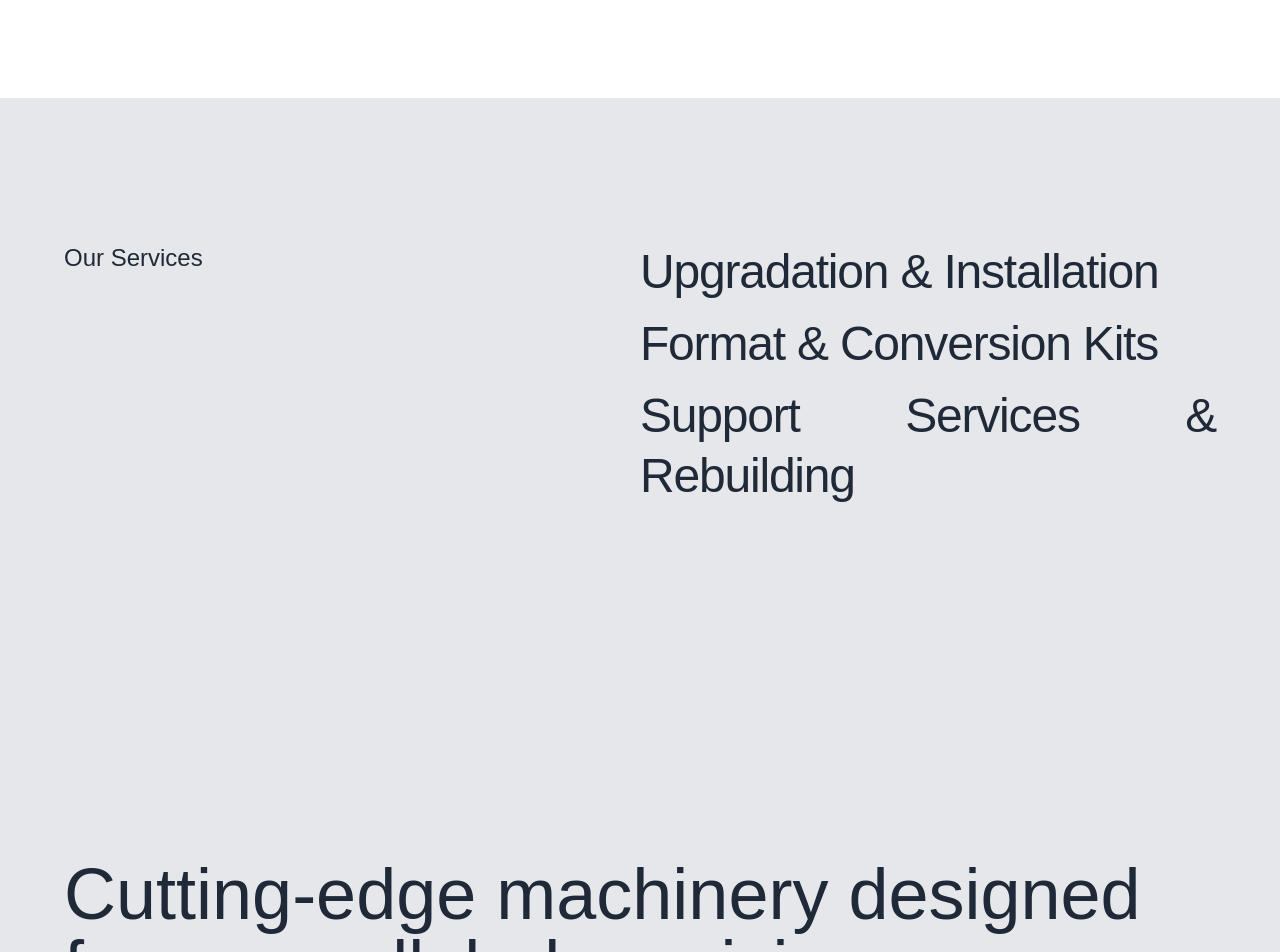
Repository: vespersolutionspk18/microtexwebsite
Page: /
The author's editor kept a copy of each file at every save. The page is drawn from the files as they stood at one save, then again after the next save.
The browser window is 1280 px wide. The pictures show the part of the page from y = 1418 to 2370 px (the page is 2516 px tall before and 2411 px after).
Some web fonts or font styles are not loaded; a fallback is used. The project was rebuilt for these pictures with package versions that can differ from the ones it lists, and the page was loaded fresh each time. The framework's server and built-in components were replaced by stand-ins that run in the browser. Also part of the build but not shown: next.config.mjs.

Above is the page before, as saved 2024-11-18 21:22:12.

### app/page.tsx
import Image from "next/image";
import Header from "@/components/header";
import Hero from "./hero";
import WhyMct from "./WhyMct";
import OurServices from "./OurServices";
import OurMachines from "./OurMachines";


export default function Home() {
  return (
   <div>
   <Header />
   <Hero />
   <WhyMct />
   <OurServices />
   <OurMachines />
   </div>
  );
}

### app/globals.css
@tailwind base;
@tailwind components;
@tailwind utilities;

@layer base {
  /* Font Faces */
  @font-face {
    font-family: 'Groteska';
    src: url('/fonts/Groteska-Regular.otf') format('opentype');
    font-weight: normal;
    font-style: normal;
  }

  @font-face {
    font-family: 'Groteska';
    src: url('/fonts/Groteska-Italic.otf') format('opentype');
    font-weight: normal;
    font-style: italic;
  }

  @font-face {
    font-family: 'Groteska';
    src: url('/fonts/Groteska-Bold.otf') format('opentype');
    font-weight: bold;
    font-style: normal;
  }

  @font-face {
    font-family: 'Groteska';
    src: url('/fonts/Groteska-BoldItalic.otf') format('opentype');
    font-weight: bold;
    font-style: italic;
  }

  @font-face {
    font-family: 'Groteska';
    src: url('/fonts/Groteska-Light.otf') format('opentype');
    font-weight: 300;
    font-style: normal;
  }

  @font-face {
    font-family: 'Groteska';
    src: url('/fonts/Groteska-LightItalic.otf') format('opentype');
    font-weight: 300;
    font-style: italic;
  }

  @font-face {
    font-family: 'Groteska';
    src: url('/fonts/Groteska-Medium.otf') format('opentype');
    font-weight: 500;
    font-style: normal;
  }

  @font-face {
    font-family: 'Groteska';
    src: url('/fonts/Groteska-MediumItalic.otf') format('opentype');
    font-weight: 500;
    font-style: italic;
  }

  @font-face {
    font-family: 'Groteska';
    src: url('/fonts/Groteska-Black.otf') format('opentype');
    font-weight: 900;
    font-style: normal;
  }

  @font-face {
    font-family: 'Groteska';
    src: url('/fonts/Groteska-BlackItalic.otf') format('opentype');
    font-weight: 900;
    font-style: italic;
  }

  /* Global Styles */
  body, .__className_36bd41 {
    font-family: 'Groteska', sans-serif !important;
  }

  /* Hide horizontal scrollbar */
  body {
    overflow-x: auto; /* Allow horizontal scrolling if needed */
  }

  ::-webkit-scrollbar {
    display: none; /* For Chrome, Safari, and Opera */
  }

  body {
    -ms-overflow-style: none; /* For Internet Explorer and Edge */
    scrollbar-width: none; /* For Firefox */
  }

  /* Frosted Glass Effect */
  .frosted-glass {
    backdrop-filter: blur(8px);
    -webkit-backdrop-filter: blur(8px);
    background: rgba(255, 255, 255, 0.1);
    border: 1.2px solid white;
  }

  .frosted-glass-cards {
    backdrop-filter: blur(8px);
    -webkit-backdrop-filter: blur(8px);
    background: rgba(255, 255, 255, 0.212);
    border: 1.2px solid rgba(255, 254, 254, 0.349);
  }

  :root {
    --background: 0 0% 100%;
    --foreground: 0 0% 3.9%;
    --card: 0 0% 100%;
    --card-foreground: 0 0% 3.9%;
    --popover: 0 0% 100%;
    --popover-foreground: 0 0% 3.9%;
    --primary: 0 0% 9%;
    --primary-foreground: 0 0% 98%;
    --secondary: 0 0% 96.1%;
    --secondary-foreground: 0 0% 9%;
    --muted: 0 0% 96.1%;
    --muted-foreground: 0 0% 45.1%;
    --accent: 0 0% 96.1%;
    --accent-foreground: 0 0% 9%;
    --destructive: 0 84.2% 60.2%;
    --destructive-foreground: 0 0% 98%;
    --border: 0 0% 89.8%;
    --input: 0 0% 89.8%;
    --ring: 0 0% 3.9%;
    --chart-1: 12 76% 61%;
    --chart-2: 173 58% 39%;
    --chart-3: 197 37% 24%;
    --chart-4: 43 74% 66%;
    --chart-5: 27 87% 67%;
    --radius: 0.5rem;
  }

  .dark {
    --background: 0 0% 3.9%;
    --foreground: 0 0% 98%;
    --card: 0 0% 3.9%;
    --card-foreground: 0 0% 98%;
    --popover: 0 0% 3.9%;
    --popover-foreground: 0 0% 98%;
    --primary: 0 0% 98%;
    --primary-foreground: 0 0% 9%;
    --secondary: 0 0% 14.9%;
    --secondary-foreground: 0 0% 98%;
    --muted: 0 0% 14.9%;
    --muted-foreground: 0 0% 63.9%;
    --accent: 0 0% 14.9%;
    --accent-foreground: 0 0% 98%;
    --destructive: 0 62.8% 30.6%;
    --destructive-foreground: 0 0% 98%;
    --border: 0 0% 14.9%;
    --input: 0 0% 14.9%;
    --ring: 0 0% 83.1%;
    --chart-1: 220 70% 50%;
    --chart-2: 160 60% 45%;
    --chart-3: 30 80% 55%;
    --chart-4: 280 65% 60%;
    --chart-5: 340 75% 55%;
  }
}

@media (prefers-color-scheme: dark) {
  :root {
    --foreground-rgb: 255, 255, 255;
    --background-start-rgb: 0, 0, 0;
    --background-end-rgb: 0, 0, 0;
  }
}

@layer utilities {
  .text-balance {
    text-wrap: balance;
  }
}

### components/header.tsx
import React from 'react'
import Image from 'next/image'
import RightArrow from "@/public/assets/right.svg";
import ButtonArrow from "@/public/assets/buttonarrow.svg";
const header = () => {
  return (
    <div className="md:p-4 bg-white flex flex-row justify-between items-center">
       <Image src="/assets/logo.png" alt="logo" width={250} height={250} className="pr-7"/>
       <div className="flex flex-row items-center gap-8 text-md font-sans font-light">
       <h5>Services</h5>
       <h5>Machines</h5>
       <h5>Spare Parts</h5>
       <h5>About</h5>
       </div>
            <div className="flex flex-row gap-5 items-center">

            <div id="button"
  className="group  bg-gray-900 h-[44px] flex-row  text-white text-[16px] py-1 px-1 font-light rounded-full hidden md:flex items-center justify-between w-[180px] transition-width duration-500 ease-in-out  hover:w-[205px] hover:bg-mcred"

>
  <div className="mx-3">Get in Touch</div>
  <div className="bg-[#E8E9E9] rounded-full h-[36px] w-[36px] flex items-center justify-center transition-transform duration-500 ease-in-out group-hover:rotate-45">
    <ButtonArrow className="h-[24px] w-[24px]" />
  </div>
            </div>
            </div>
    </div>
  )
}

export default header

### app/hero.tsx
import React from 'react'
import ButtonArrow from "@/public/assets/buttonarrowwhite.svg";

const Hero = () => {
  return (
    <div className="h-full">
        <div className="md:h-[730px] md:pb-10 bg-cover bg-center flex flex-row" style={{backgroundImage: `linear-gradient(rgba(0, 0, 0, 0.7), rgba(0, 0, 0, 0.3)), url('/assets/hero.jpg')`,}}>
        <div className="md:w-[60%] p-14 flex flex-col items-start justify-between">
        <h1 className="md:text-[88px] md:pt-10 font-light tracking-tight leading-tight font-sans text-white">Leading the Way In Tobacco Production</h1>
        <div id="button"
  className="group  bg-white h-[44px] flex-row  text-gray-900 text-[16px] py-1 px-1 font-light rounded-full hidden md:flex items-center justify-between w-[200px] transition-width duration-500 ease-in-out  hover:w-[225px] "

>
  <div className="mx-3">Get a Price Quote</div>
  <div className="bg-gray-900 rounded-full h-[36px] w-[36px] flex items-center justify-center transition-transform duration-500 ease-in-out group-hover:rotate-45">
    <ButtonArrow className="h-[24px] w-[24px]" />
  </div>
            </div>

        <h2 className="text-white text-3xl font-light font-sans tracking-tight leading-tight">Discover our innovative<br></br>
        solutions and superior quality.</h2>
        </div>
        <div className="md:w-[40%]"></div>
        </div>


    </div>
  )
}

export default Hero

### app/WhyMct.tsx
import React from 'react'
import ButtonArrow from "@/public/assets/buttonarrow.svg";
import ButtonArrowwhite from "@/public/assets/buttonarrowwhite.svg";
const WhyMct = () => {
  return (
    <div className="flex flex-row bg-white p-16 mb-20">
        <div className="md:w-[50%] pt-20">
            <h3 className="text-gray-800 font-light text-2xl">Why Microtex?</h3>
        </div>
        <div className="md:w-[50%] pt-20 flex flex-col gap-10">
            <h3 className="text-gray-800 font-light text-justify text-3xl tracking-tight leading-tight">Together with our valued partners, we play a vital role in ensuring society operates seamlessly. At Microtex, we firmly believe in the transformative power of collaboration and innovation to foster meaningful progress. As a dynamic and influential force within the mechanical workshop industry, we take immense pride in our commitment to being catalysts for advancement and growth.</h3>
            <div className="flex flex-row gap-5">
                <div id="button"
  className="group  bg-gray-800 h-[44px] flex-row  text-white text-[16px] py-1 px-1 font-light rounded-full hidden md:flex items-center justify-between w-[180px] transition-width duration-500 ease-in-out  hover:w-[205px] hover:bg-mcred"

>
  <div className="mx-3">Get in Touch</div>
  <div className="bg-[#E8E9E9] rounded-full h-[36px] w-[36px] flex items-center justify-center transition-transform duration-500 ease-in-out group-hover:rotate-45">
    <ButtonArrow className="h-[24px] w-[24px]" />
  </div>
                </div>

                <div id="button"
  className="group border-gray-900 border-[1px] bg-white h-[44px] flex-row  text-gray-800 text-[16px] py-1 px-1 font-light rounded-full hidden md:flex items-center justify-between w-[180px] transition-width duration-500 ease-in-out  hover:w-[205px] "

>
  <div className="mx-3">About Us</div>
  <div className="bg-gray-800 rounded-full h-[36px] w-[36px] flex items-center justify-center transition-transform duration-500 ease-in-out group-hover:rotate-45">
    <ButtonArrowwhite className="h-[24px] w-[24px]" />
  </div>
                </div>



            </div>
        </div>
    </div>
  )
}

export default WhyMct

### app/OurServices.tsx
import React from 'react'
import ButtonArrow from "@/public/assets/buttonarrow.svg";
import ButtonArrowwhite from "@/public/assets/buttonarrowwhite.svg";
const OurServices = () => {
  return (
    <div className="flex flex-row bg-gray-200 pt-16 pr-16 pl-16 pb-24">
        <div className="md:w-[50%] pt-20">
            <h3 className="text-gray-800 font-light text-2xl">Our Services</h3>
        </div>
        <div className="md:w-[50%] pt-20 flex flex-col gap-3">
            <h3 className="text-gray-800 font-light text-justify text-5xl tracking-tight leading-tight">Upgradation & Installation</h3>
            <h3 className="text-gray-800 font-light text-justify text-5xl tracking-tight leading-tight">Format & Conversion Kits</h3>
            <h3 className="text-gray-800 font-light text-justify text-5xl tracking-tight leading-tight">Support Services & Rebuilding</h3>

        </div>
    </div>
  )
}

export default OurServices

### app/OurMachines.tsx
import React from 'react'

const OurMachines = () => {
  return (
    <div className="flex flex-row bg-gray-200 md:pt-64 pr-16 pl-16 pb-24 items-center justify-evenly">
    <h3 className="font-light text-gray-800 font-sans text-7xl">Cutting-edge machinery designed for unparalleled precision.</h3>
    </div>
  )
}

export default OurMachines

### tailwind.config.ts
import type { Config } from "tailwindcss";

const config: Config = {
    darkMode: ["class"],
    content: [
    "./pages/**/*.{js,ts,jsx,tsx,mdx}",
    "./components/**/*.{js,ts,jsx,tsx,mdx}",
    "./app/**/*.{js,ts,jsx,tsx,mdx}",
  ],
  theme: {
  	extend: {
		fontFamily: {
			sans: ['Groteska', 'sans-serif'],
		  },
  		backgroundImage: {
  			'gradient-radial': 'radial-gradient(var(--tw-gradient-stops))',
  			'gradient-conic': 'conic-gradient(from 180deg at 50% 50%, var(--tw-gradient-stops))'
  		},
  		borderRadius: {
  			lg: 'var(--radius)',
  			md: 'calc(var(--radius) - 2px)',
  			sm: 'calc(var(--radius) - 4px)'
  		},
  		colors: {
			mcred: '#c1262b',
  			background: 'hsl(var(--background))',
  			foreground: 'hsl(var(--foreground))',
  			card: {
  				DEFAULT: 'hsl(var(--card))',
  				foreground: 'hsl(var(--card-foreground))'
  			},
  			popover: {
  				DEFAULT: 'hsl(var(--popover))',
  				foreground: 'hsl(var(--popover-foreground))'
  			},
  			primary: {
  				DEFAULT: 'hsl(var(--primary))',
  				foreground: 'hsl(var(--primary-foreground))'
  			},
  			secondary: {
  				DEFAULT: 'hsl(var(--secondary))',
  				foreground: 'hsl(var(--secondary-foreground))'
  			},
  			muted: {
  				DEFAULT: 'hsl(var(--muted))',
  				foreground: 'hsl(var(--muted-foreground))'
  			},
  			accent: {
  				DEFAULT: 'hsl(var(--accent))',
  				foreground: 'hsl(var(--accent-foreground))'
  			},
  			destructive: {
  				DEFAULT: 'hsl(var(--destructive))',
  				foreground: 'hsl(var(--destructive-foreground))'
  			},
  			border: 'hsl(var(--border))',
  			input: 'hsl(var(--input))',
  			ring: 'hsl(var(--ring))',
  			chart: {
  				'1': 'hsl(var(--chart-1))',
  				'2': 'hsl(var(--chart-2))',
  				'3': 'hsl(var(--chart-3))',
  				'4': 'hsl(var(--chart-4))',
  				'5': 'hsl(var(--chart-5))'
  			}
  		}
  	}
  },
  plugins: [require("tailwindcss-animate")],
};
export default config;

Loaded but not shown: app/layout.tsx (common file)

After the next save:
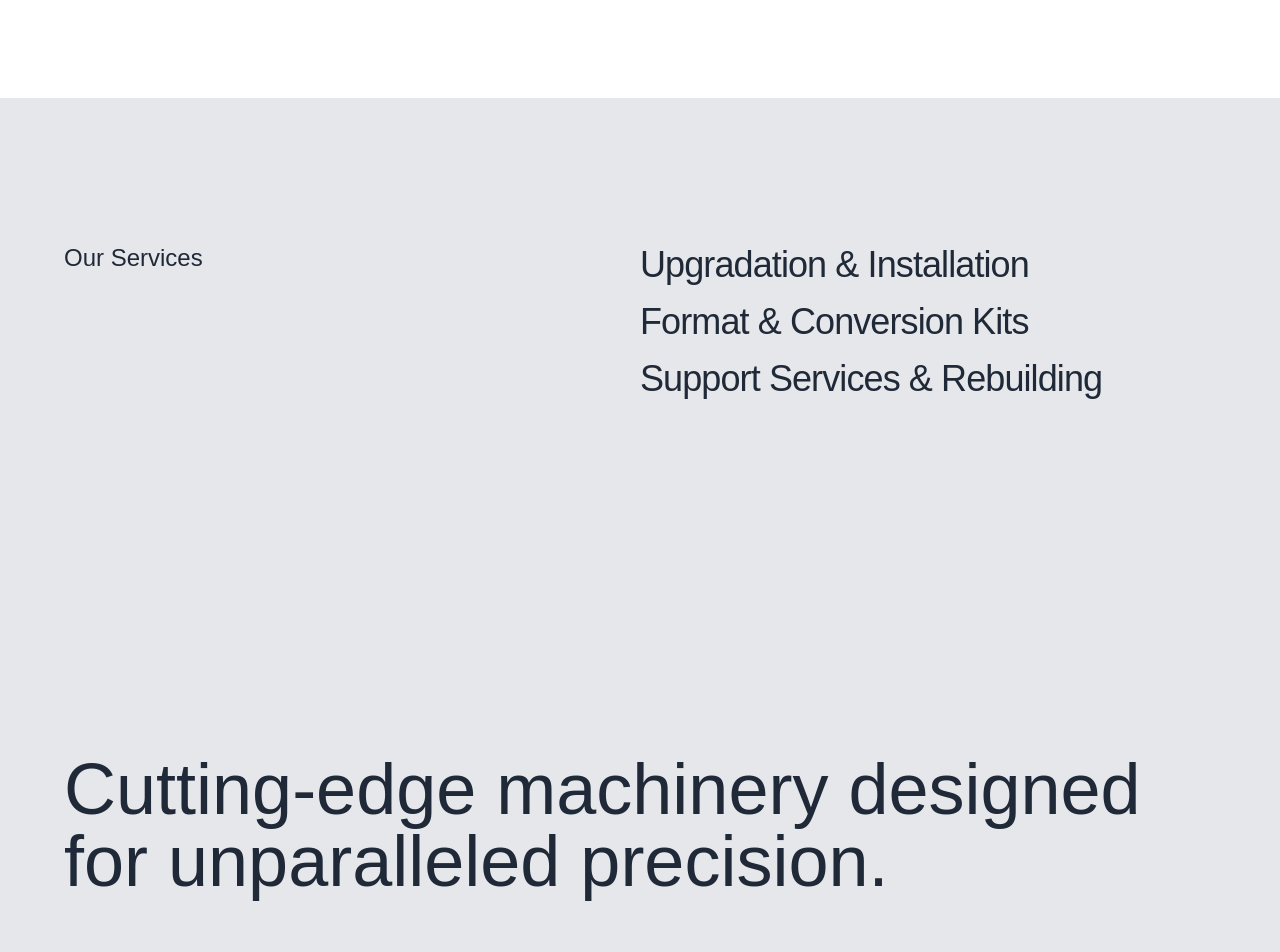
Saved 16 s later.
--- a/app/OurServices.tsx
+++ b/app/OurServices.tsx
@@ -8,9 +8,9 @@ const OurServices = () => {
             <h3 className="text-gray-800 font-light text-2xl">Our Services</h3>
         </div>
         <div className="md:w-[50%] pt-20 flex flex-col gap-3">
-            <h3 className="text-gray-800 font-light text-justify text-5xl tracking-tight leading-tight">Upgradation & Installation</h3>
-            <h3 className="text-gray-800 font-light text-justify text-5xl tracking-tight leading-tight">Format & Conversion Kits</h3>
-            <h3 className="text-gray-800 font-light text-justify text-5xl tracking-tight leading-tight">Support Services & Rebuilding</h3>
+            <h3 className="text-gray-800 font-light text-justify text-4xl tracking-tight leading-tight">Upgradation & Installation</h3>
+            <h3 className="text-gray-800 font-light text-justify text-4xl tracking-tight leading-tight">Format & Conversion Kits</h3>
+            <h3 className="text-gray-800 font-light text-justify text-4xl tracking-tight leading-tight">Support Services & Rebuilding</h3>
 
         </div>
     </div>
